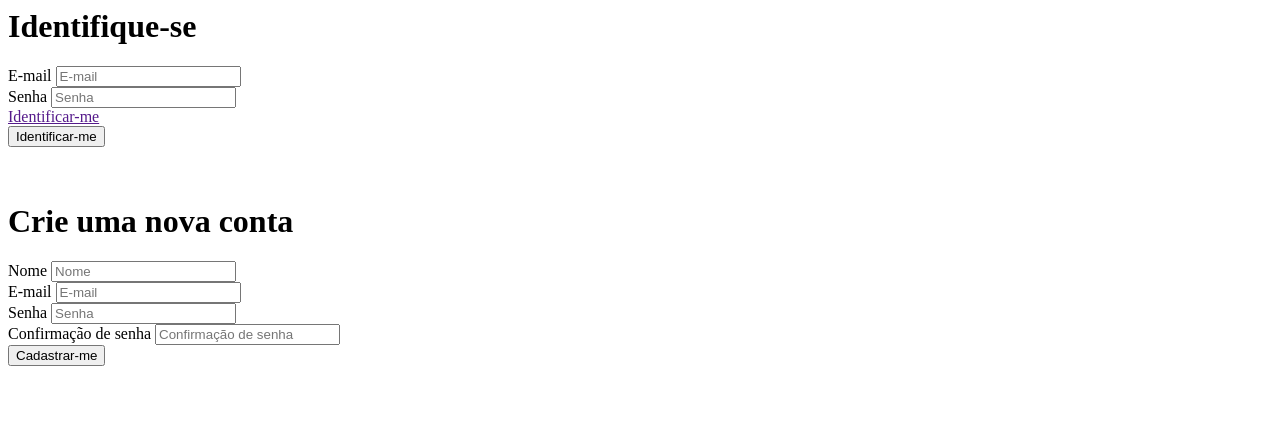
Repository: organicos/organicos.github.io
Page: partials/security/signin.html
The author's editor kept a record of every edit. The page is drawn from the files as they stood at one moment, then again after the next edit.
The browser window is 1280 px wide. The pictures show the whole page.

Above is the page before.

After the next edit:
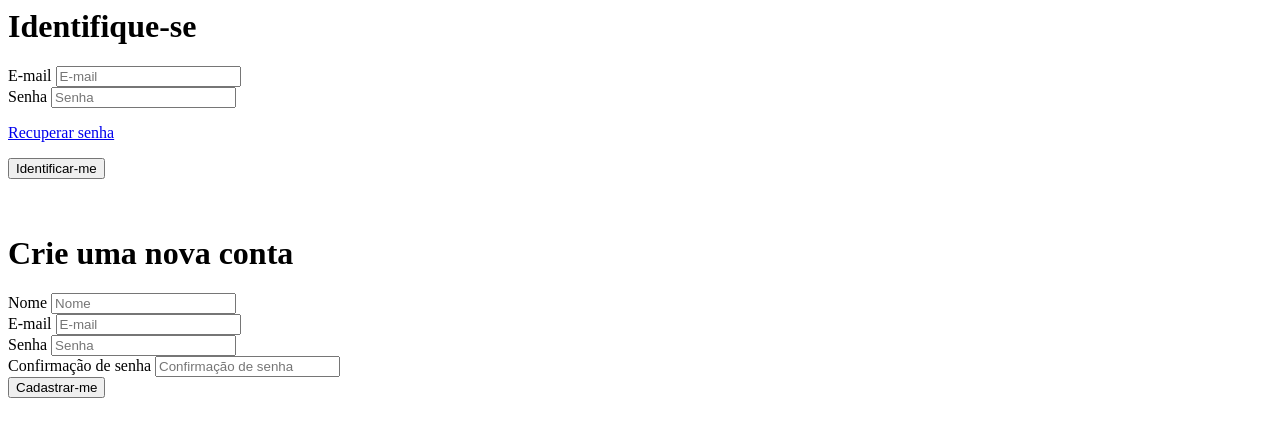
The edit:
--- a/partials/security/signin.html
+++ b/partials/security/signin.html
@@ -10,9 +10,7 @@
                 <label for="password" class="control-label">Senha</label>
                 <input type="password" class="form-control" id="password" placeholder="Senha" ng-model="password">
             </div>
-            <div class="form-group">
-                <a href="" class="btn btn-link" ng-disabled="processingSignInUp">Identificar-me</a>
-            </div>
+            <p class="pull-right"><a href="#/retrieve_password" class="text-white" ng-disabled="processingSignInUp">Recuperar senha</a></p>
             <div class="form-group">
                 <button type="submit" class="btn btn-default" ng-disabled="processingSignInUp">Identificar-me</button>
             </div>
